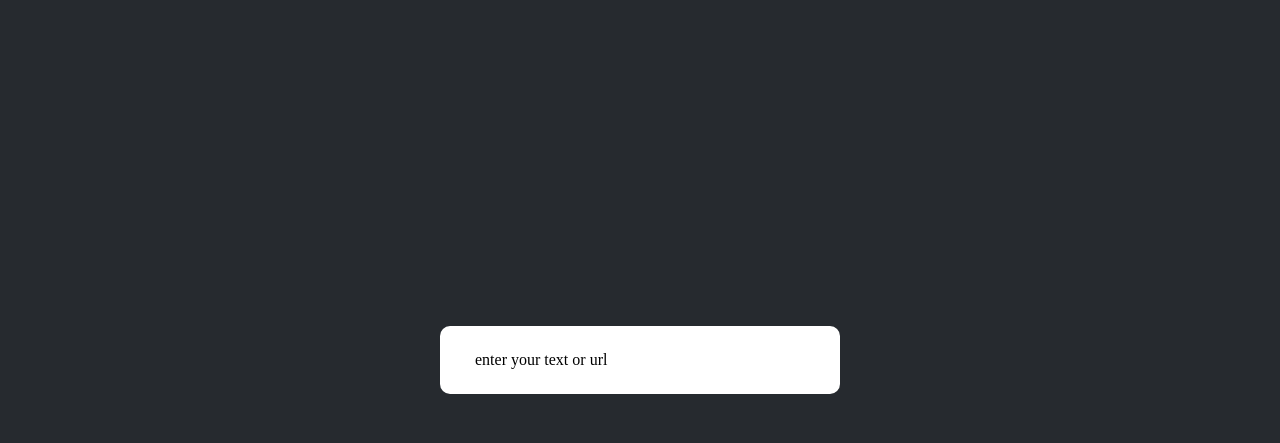
Repository: joeltorcato/QR.CODE
Page: index.html
These files come from the project's save history. The page is drawn as it stood at one moment and after the next save; the edit follows.
The browser window is 1280 px wide. The pictures show the whole page.

Above is the page before, as saved 2024-01-01 09:29:39.

### index.html
<!DOCTYPE html>
<html lang="en">
<head>
    <meta charset="UTF-8">
    <meta name="viewport" content="width=device-width, initial-scale=1.0">
    <LINK rel="stylesheet" href="style.css">
    <title>QR CODE | JOEL TORCATO</title>
</head>
<body>
    <div class="container">
        <p>enter your text or url</p>
    </div>
</body>
</html>

### style.css
*{
    margin: 0;
    padding: 0;
    font-family: 'Poppins' sans-serif;
    box-sizing: border-box;
}

/*body*/
body{
    background: #262a2f;
}

/*container*/
.container{
    width: 400px;
    padding: 25px 35px;
    position: absolute;
    top: 50%;
    left: 50%;
    transform: translate(-50%,-50%);
    background: #fff;
    border-radius: 10px;
}

After the next save:
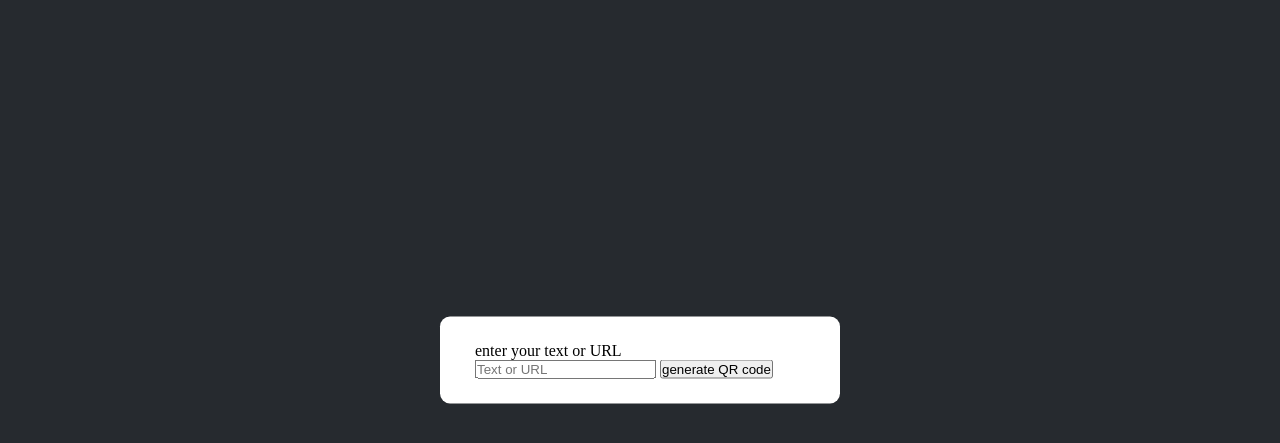
Saved 65 s later.
--- a/index.html
+++ b/index.html
@@ -8,7 +8,9 @@
 </head>
 <body>
     <div class="container">
-        <p>enter your text or url</p>
+        <p>enter your text or URL</p>
+        <input type="text" placeholder="Text or URL">
+        <button>generate QR code</button>
     </div>
 </body>
 </html>
